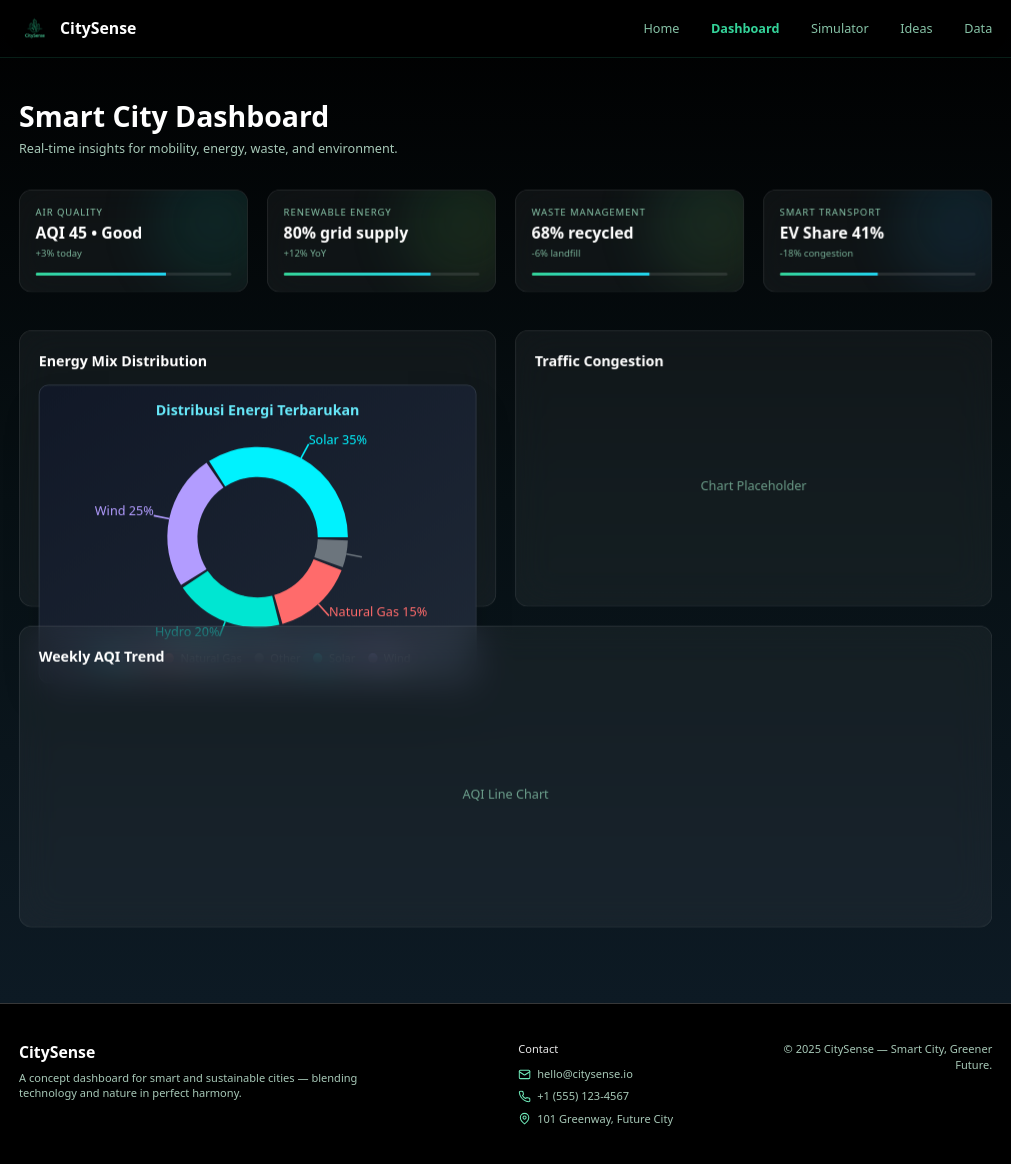
Repository: crashyet/CitySense
Page: /dashboard
The author's editor kept a copy of each file at every save. The page is drawn from the files as they stood at one save, then again after the next save.
The browser window is 1280 px wide. The pictures show the whole page, at 79% of full size.
The project was rebuilt for these pictures with package versions that can differ from the ones it lists, and the page was loaded fresh each time. Also part of the build but not shown: vite.config.js, src/pages/landing/Hero.jsx, src/pages/landing/DashboardPreview.jsx, src/pages/landing/Infographic.jsx, src/pages/landing/Community.jsx, src/pages/landing/index.jsx, src/pages/Simulator/index.jsx, src/pages/Ideas/index.jsx and 1 more.

Above is the page before, as saved 2025-11-16 23:25:42.

After the next save:
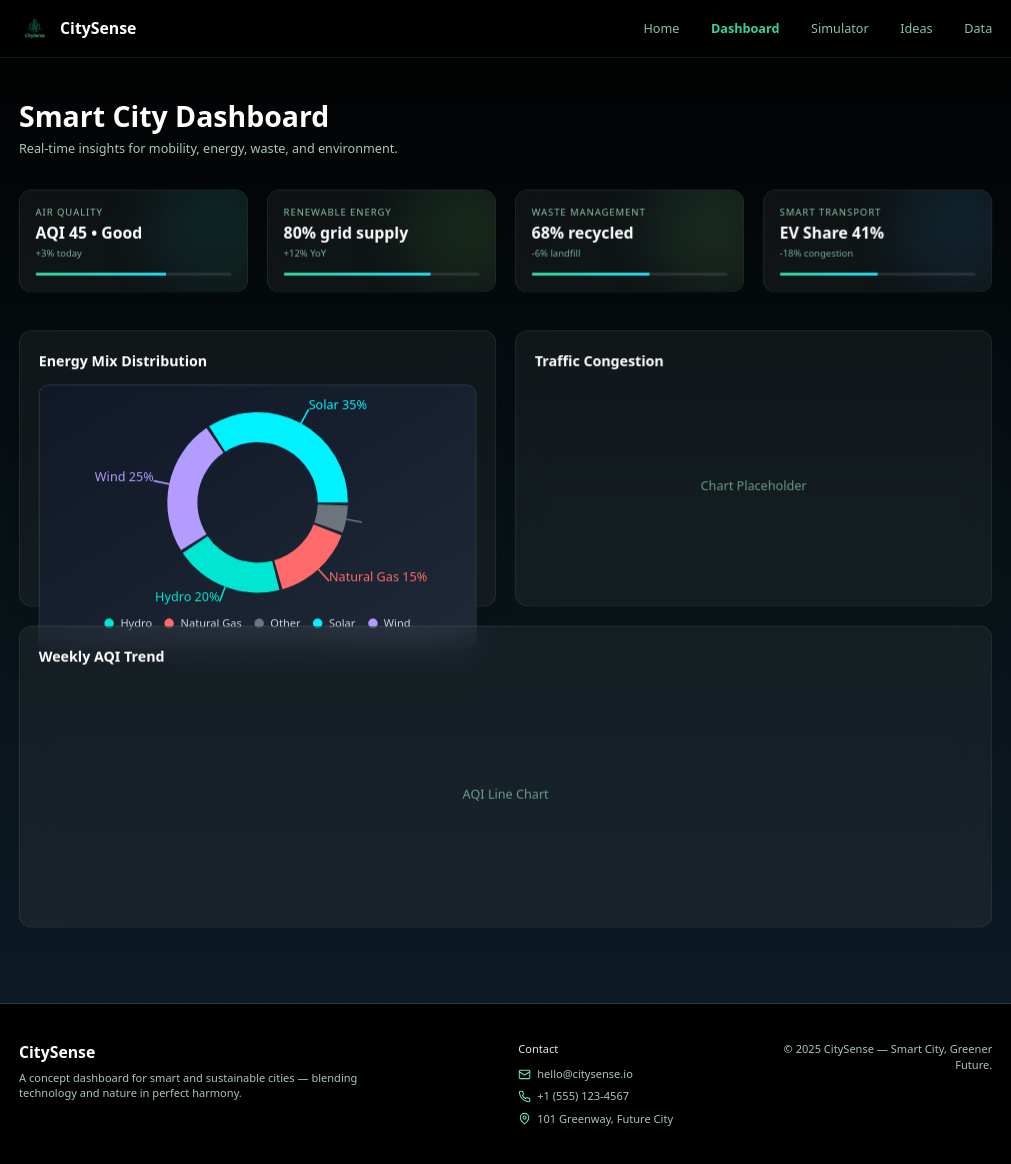
Saved 7 s later.
--- a/src/components/EnergyPieChart.jsx
+++ b/src/components/EnergyPieChart.jsx
@@ -12,9 +12,7 @@ export default function EnergyPieChart() {
   return (
     <div className="p-4 bg-gradient-to-br from-gray-900 to-gray-800 rounded-xl shadow-2xl border border-gray-700">
       {/* Judul Grafik */}
-      <h3 className="text-lg font-semibold text-cyan-300 mb-4 text-center">
-        Distribusi Energi Terbarukan
-      </h3>
+
 
       <div className="w-full h-[300px] flex items-center justify-center">
         <ResponsiveContainer width="100%" height="100%">
